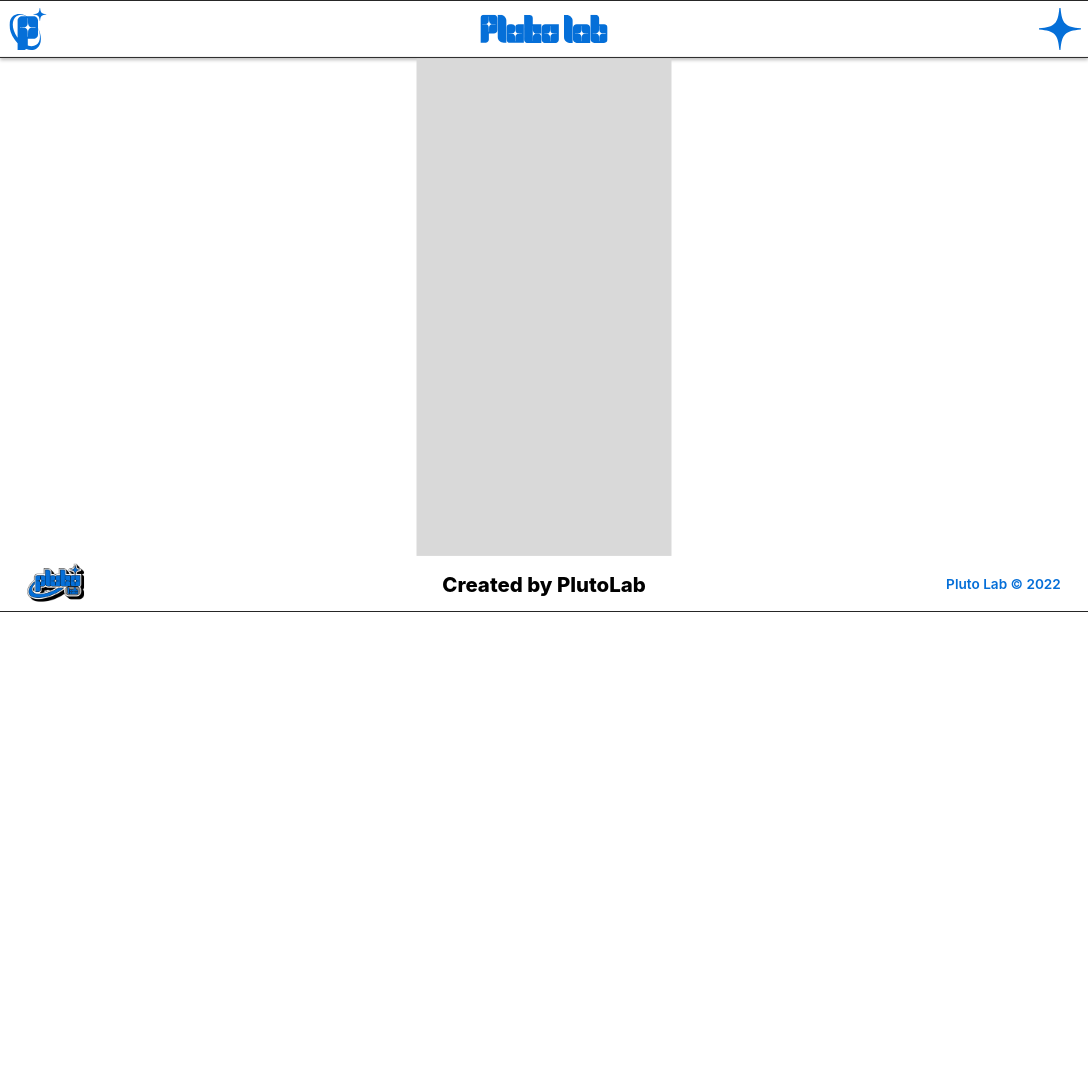
Repository: RayHuang880301/plutoparkpark
Page: /nft
An editor plug-in stored every save of this project. The page is shown before and after the next save, followed by the edit.
The browser window is 1280 px wide. The pictures show the whole page, at 85% of full size.
The project was rebuilt for these pictures with package versions that can differ from the ones it lists, and the page was loaded fresh each time. The framework's server and built-in components were replaced by stand-ins that run in the browser. Also part of the build but not shown: next.config.js.

Above is the page before, as saved 2022-07-11 00:51:58.

After the next save:
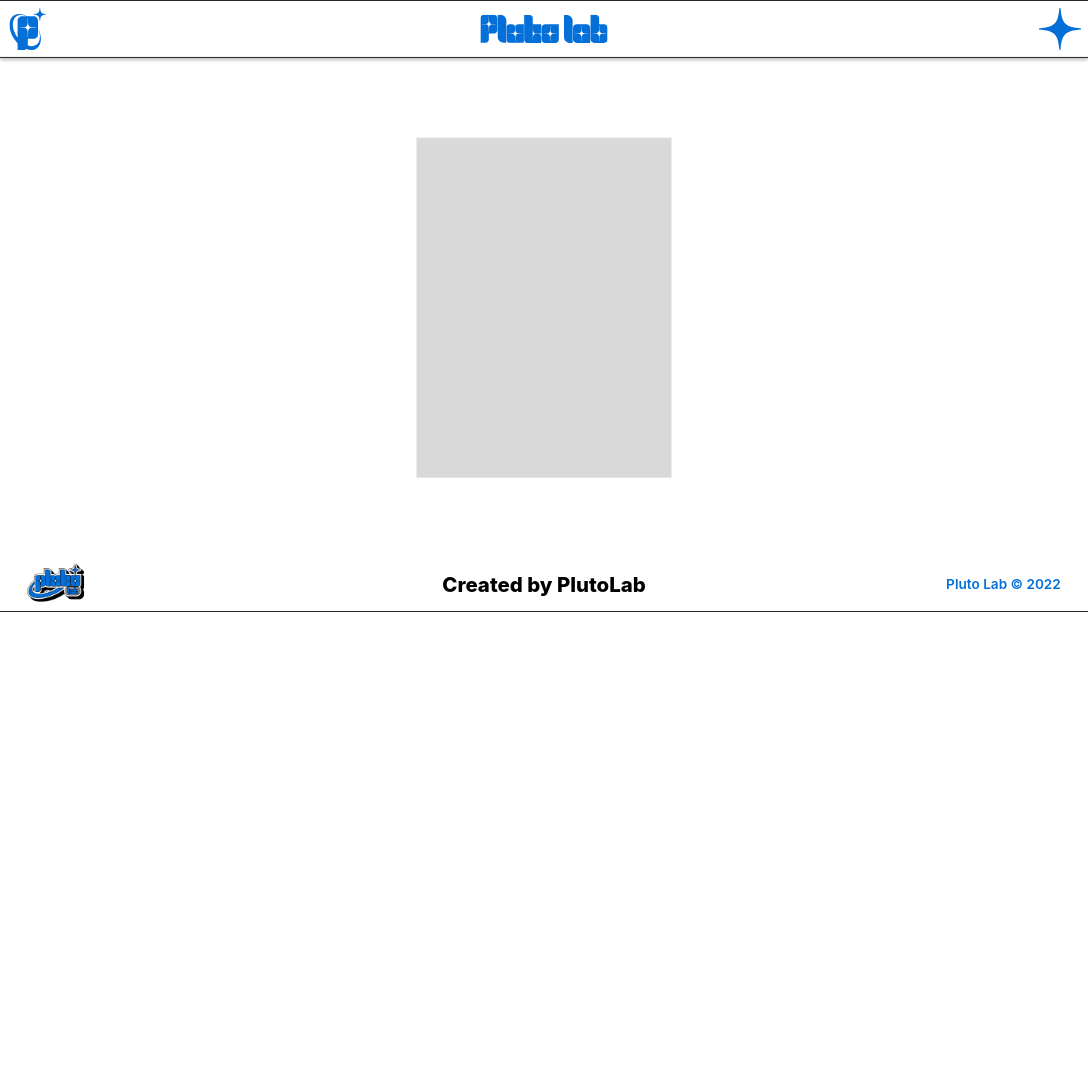
Saved 16 s later.
--- a/components/resultCard/ResultCard.module.css
+++ b/components/resultCard/ResultCard.module.css
@@ -1,5 +1,5 @@
 .bg {
   width: 300px;
-  height: 585px;
+  height: 400px;
   background: #D9D9D9;
 }
